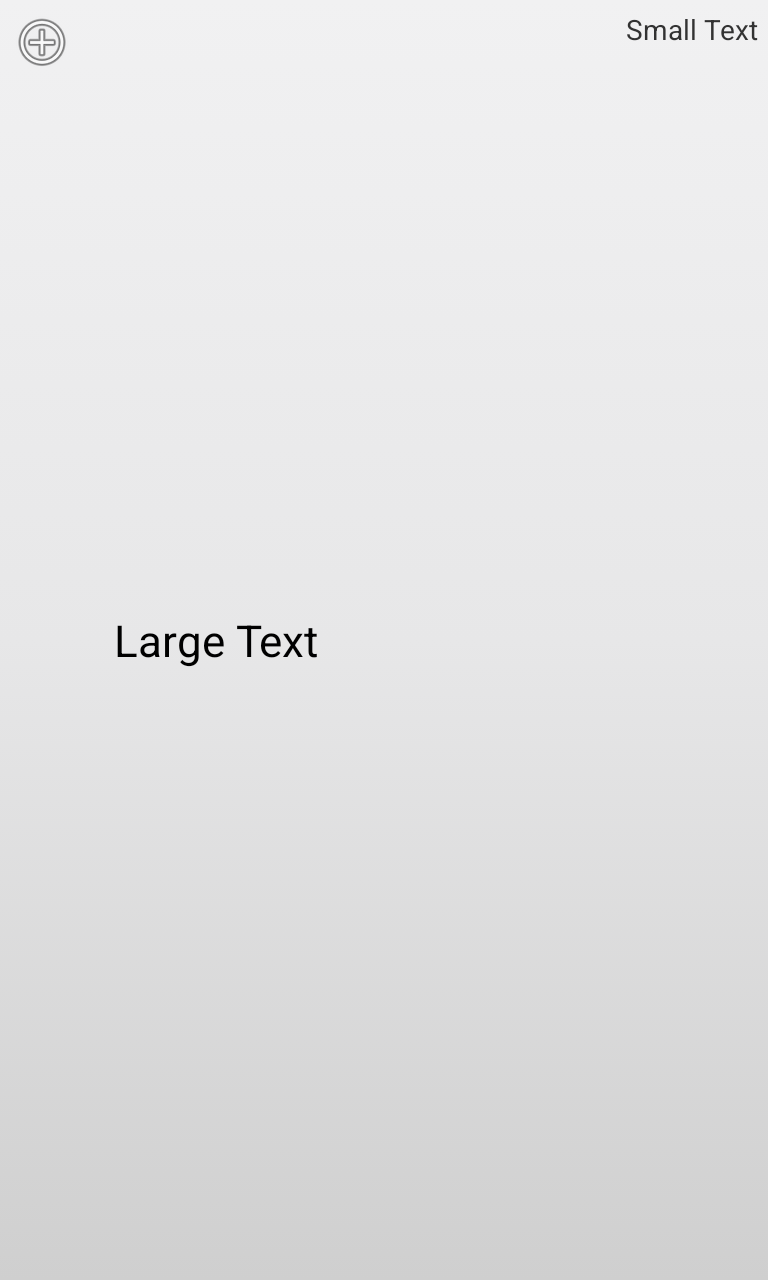
Repository: satyadarls/ToDo
Layout: ToDo/res/layout/list_row.xml
An editor plug-in stored every save of this project. The layout is shown before and after the next save, followed by the edit.
It is drawn on a 768 x 1280 px phone screen (xhdpi) without system bars, with theme AppTheme; the app's code is not run.

Above is the layout before, as saved 2014-07-03 13:09:20.

After the next save:
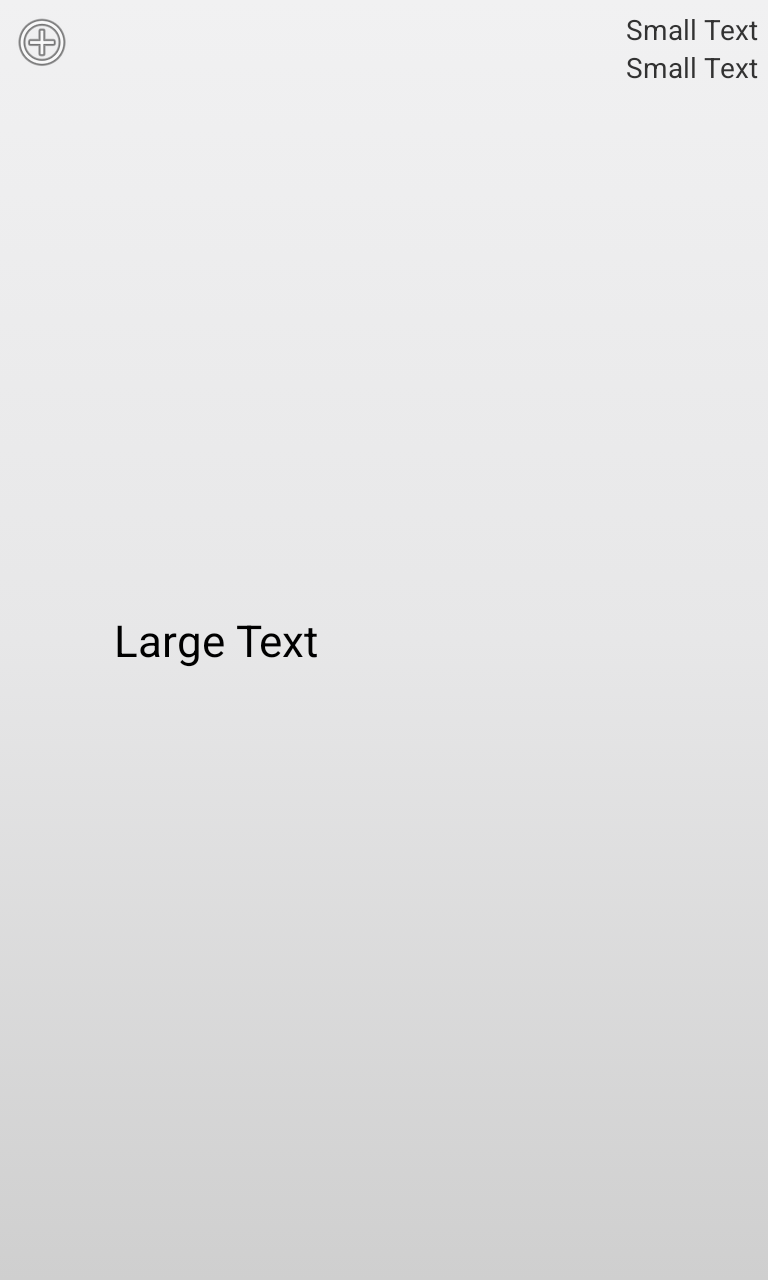
Saved 87 s later.
--- a/ToDo/res/layout/list_row.xml
+++ b/ToDo/res/layout/list_row.xml
@@ -32,4 +32,13 @@
         android:text="Large Text"
         android:textAppearance="?android:attr/textAppearanceLarge" />
 
+    <TextView
+        android:id="@+id/priorityText"
+        android:layout_width="wrap_content"
+        android:layout_height="wrap_content"
+        android:layout_alignRight="@+id/timeText"
+        android:layout_below="@+id/timeText"
+        android:text="Small Text"
+        android:textAppearance="?android:attr/textAppearanceSmall" />
+
   </RelativeLayout>
